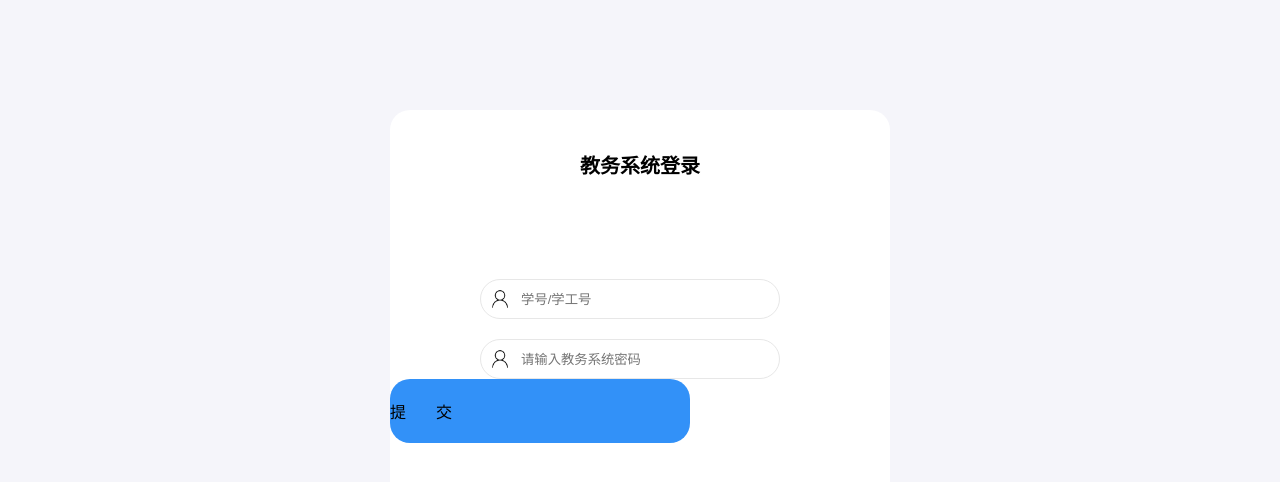
Repository: yangziteng/System
Page: / (app in myreact/)
An editor plug-in stored every save of this project. The page is shown before and after the next save, followed by the edit.
The browser window is 1280 px wide. The pictures show the whole page.
The project was rebuilt for these pictures with package versions that can differ from the ones it lists, and the page was loaded fresh each time. Also part of the build but not shown: myreact/vite.config.js, myreact/src/App.css, myreact/src/App.jsx, myreact/src/log.jsx.

Above is the page before, as saved 2022-07-08 12:57:54.

### myreact/src/main.jsx
import React from 'react'
import ReactDOM from 'react-dom/client'
import App from './App'
import LOG from './log'
import './index.css'
import Login from "./pages/Login/Login"
const p = {name:"杨",age:12}
ReactDOM.createRoot(document.getElementById('root')).render(
  <React.StrictMode>
    {/* //解构赋值 语法 */}

    <Login/>


  </React.StrictMode>
)

### myreact/src/pages/Login/Login.jsx
import { useState } from 'react'
import { Component } from 'react'
import "./Login.css"
import img from "./images/a.png" //引入图片
class Login extends Component {
    constructor() {
        super()
    }
    render() {
        return (
            <div className='bgc'>
                <div className='model'>
                    <div className='model-head'>教务系统登录</div>
                    <div className='model-body'>
                        <div className='username'>
                            <input type="text" placeholder='学号/学工号' value="" className='model-body-input' >
                            </input>
                                <img className='img' src={img} alt="" />
                        </div>
                        <div className='pwd'>
                            <input type="password" placeholder='请输入教务系统密码' value="" className='model-body-input' >
                            </input>
                                <img className='img' src={img} alt="" />
                        </div>
                    </div>
                    <div className='model-end'>
                        提交
                    </div>
                </div>
            </div>
        )
    }
}
export default Login

### myreact/src/pages/Login/Login.css

.bgc{
    background-color: rgba(245,245,250);
    width: 100vw;
    height: 100vh;
    display:flex;
    align-items: center;
}
.model{
    width: 500px;
    height: 500px;
    background-color: white;
    border-radius: 20px;
    margin:0 auto;
}
.model-head{
    text-align: center;
    margin-top:40px;
    font-size: 20px;
    font-weight: 800;
}
.model-body{

    margin-top:100px;

}
.username{
    display: flex;
    justify-content: center;
    align-items: center;
    position: relative;

}
.pwd{
    display: flex;
    justify-content: center;
    align-items: center;
    position: relative;
    margin-top:20px
}
.model-body-input{
    width: 300px;
    height: 40px;
    outline: none;
    border-radius: 20px;
    padding-left:40px ;
    box-sizing: border-box;
}
input{
    display: flex;
    justify-content: center;
    border:1px solid #e7e7e7
}
.img{
    width: 20px;
    height: 20px;
    position: relative;
    right: 290px;
    /* right:290px */
}
.model-end{
    width: 300px;
    background-color: rgba(50,145,248);
    letter-spacing: 30px;
    border-radius: 20px;
    padding: 20px 0px;
}

Loaded but not shown: myreact/index.html (common file); myreact/src/index.css (common file)

After the next save:
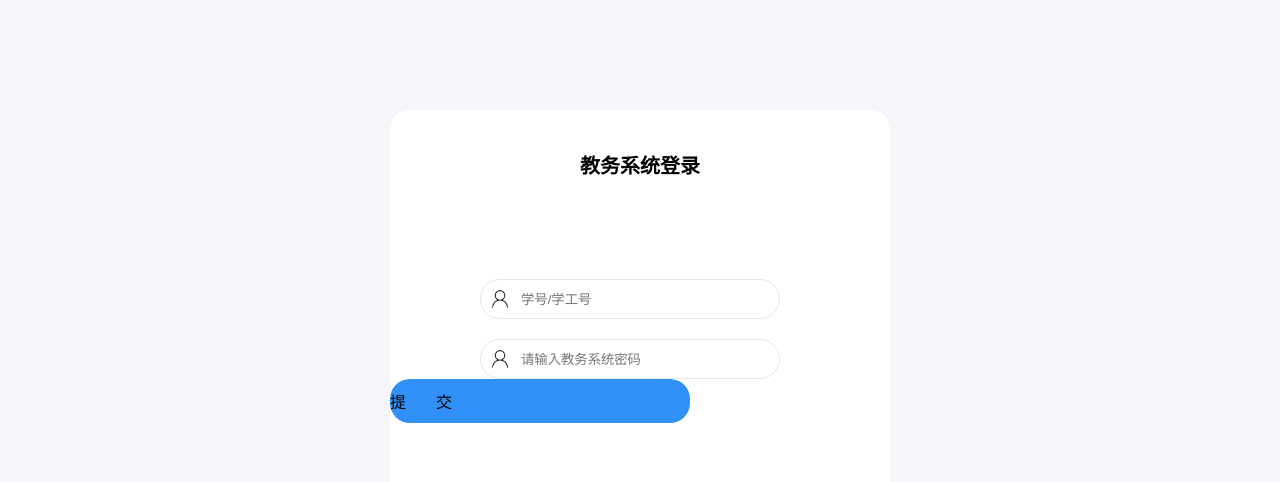
Saved 10 s later.
--- a/myreact/src/pages/Login/Login.css
+++ b/myreact/src/pages/Login/Login.css
@@ -63,5 +63,5 @@ input{
     background-color: rgba(50,145,248);
     letter-spacing: 30px;
     border-radius: 20px;
-    padding: 20px 0px;
+    padding: 10px 0px;
 }
